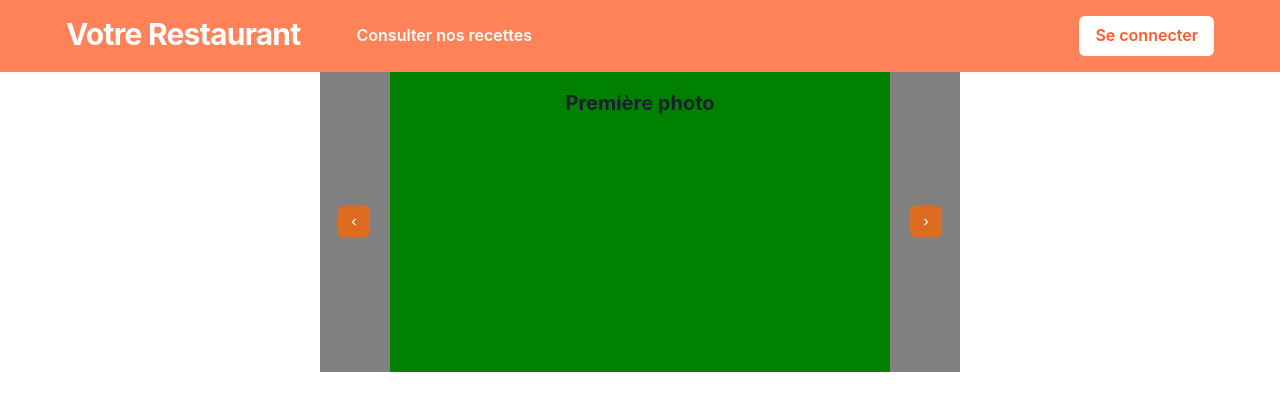
Repository: Ecaron76/tp-restau-next
Page: /
The author's editor kept a copy of each file at every save. The page is drawn from the files as they stood at one save, then again after the next save.
The browser window is 1280 px wide. The pictures show the whole page.
The project was rebuilt for these pictures with package versions that can differ from the ones it lists, and the page was loaded fresh each time. The framework's server and built-in components were replaced by stand-ins that run in the browser. Also part of the build but not shown: next.config.mjs.

Above is the page before, as saved 2024-02-25 18:54:56.

After the next save:
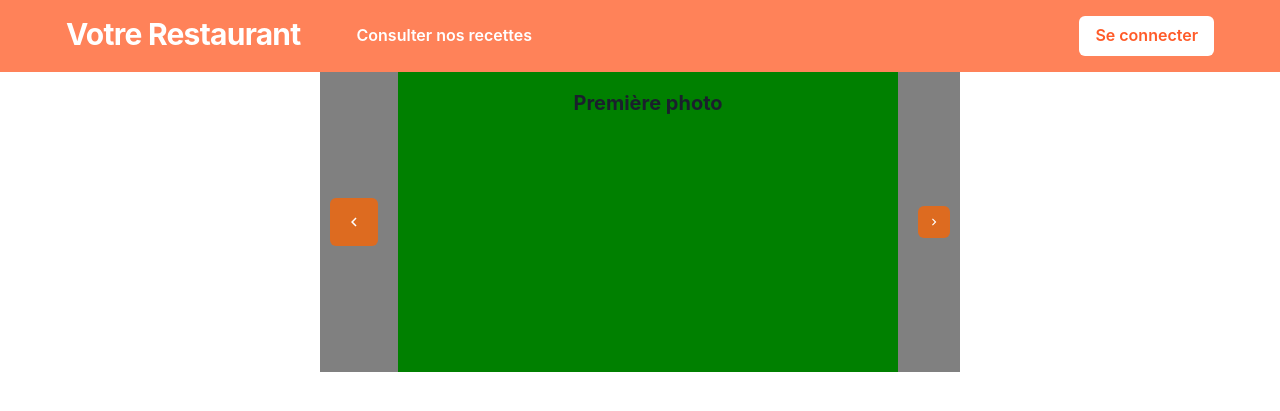
Saved 2 min 49 s later.
--- a/src/components/SliderResto/SliderResto.tsx
+++ b/src/components/SliderResto/SliderResto.tsx
@@ -23,7 +23,7 @@ export default function SliderResto() {
           onClick={goToPrevSlide}
           icon={<ChevronLeftIcon />}
           colorScheme="orange"
-          size="sm"
+          size="lg"
           aria-label="Précédent"
         />
     <Box position="relative" textAlign="center" p={4} bg={'green'} width={'500px'} height={300}>
